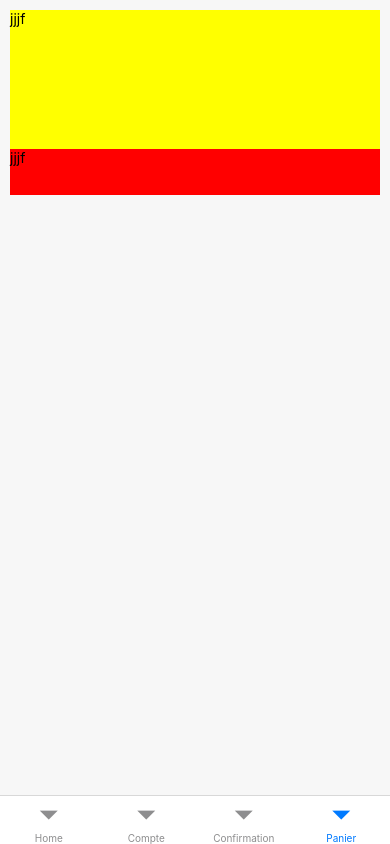
Repository: Norlan-20/Last-Afrilink
Screen: /Panier
The author's editor kept a copy of each file at every save. The screen is drawn from the files as they stood at one save, then again after a run of saves.
The page's requests for data from a server got no answer. The app was drawn by React Native's web renderer in a window 390 px wide. The project was rebuilt for these pictures with package versions that can differ from the ones it lists, and the page was loaded fresh each time. No one was signed in, and anything a server would have sent is missing. Also part of the build but not shown: screen/User.js, component/button.js, screen/Confirmation.js, screen/Connexion.js, screen/Inscription.js, screen/Categorie.js, screen/Produit.js.

Above is the screen before, as saved 2021-09-27 09:32:04.

### App.js
/* eslint-disable prettier/prettier */
import React from 'react';
import {View} from 'react-native';
import { NavigationContainer } from '@react-navigation/native';
import { createNativeStackNavigator } from '@react-navigation/native-stack';
import { createBottomTabNavigator } from '@react-navigation/bottom-tabs';
import HomeScreen from './screen/Home';
import UserScreen from './screen/User';
import ConfirmationScreen from './screen/Confirmation';
import ConnexionScreen from './screen/Connexion';
import InscriptionScreen from './screen/Inscription';
import CategorieScreen from './screen/Categorie';
import ProduitScreen from './screen/Produit';
import CartScreen from './screen/Cart';

const Tab = createBottomTabNavigator();
const Stack = createNativeStackNavigator();

const BottomScreen = () => {
  return (
    <Tab.Navigator screenOptions={{headerShown: false}} >
        <Tab.Screen name="Home" component={HomeScreen}/>
        <Tab.Screen name="Compte" component={UserScreen}/>
        <Tab.Screen name="Confirmation" component={ConnexionScreen}/>
        <Tab.Screen name="Panier" component={CartScreen} />
    </Tab.Navigator>
  );
};

const App = () => {
  return (
    <NavigationContainer>
      <Stack.Navigator>
        <Stack.Screen name="Home" options={{headerShown: false}} component={BottomScreen} />
        <Stack.Screen name="Categorie" component={CategorieScreen} />
        <Stack.Screen name="Inscription" component={InscriptionScreen} />
        <Stack.Screen name="Produit" component={ProduitScreen} />
        {/* <Stack.Screen name="Panier" component={CartScreen} /> */}
      </Stack.Navigator>
    </NavigationContainer>
  );
};

export default App;

### screen/Home.js
/* eslint-disable prettier/prettier */
import React,{useState,useEffect} from 'react';
import {View, Text, StyleSheet, StatusBar, Dimensions, ScrollView} from 'react-native';
import { Header, Icon, Image, SearchBar } from 'react-native-elements';
import Categorie from '../component/categorie';
import Produit from '../component/produit';
import { listOfCategories } from '../API/api';
// import EvilIcons from 'react-native-vector-icons/EvilIcons';

const {width,height} = Dimensions.get('window');
const fond = '#F7F7F7';
const primary = '#2e3190';
const search = '#DDDDDD';

const HomeScreen = props => {

    const [categorie,setCategorie] = useState(null);

    useEffect(()=> {
        listOfCategories().then(res => setCategorie(res));
    },[]);

    const showCategorie = (categorieImage,categorieTitle) => {
        props.navigation.navigate('Categorie',{image: categorieImage, title: categorieTitle});
    };

    const showProduct = (infoProduct) => {
        props.navigation.navigate('Produit',{data: infoProduct});
    };

    return (
        <View style={styles.container}>
            <StatusBar hidden={false}/>
            { console.log(categorie) }
            <Header
                leftComponent={<Icon name="navicon" type="evilicon" size={40} color="#FFF"/>}
                leftContainerStyle={{marginTop: 15}}
                centerComponent={<Image source={require('../assets/logobleu.jpg')} style={{width: 200, height: 50}} />}
                rightComponent={<Icon name="cart" type="evilicon" size={40} color="#FFF"/>}
                rightContainerStyle={{marginTop: 15}}
                backgroundColor={primary}
            />
            <SearchBar
                placeholder="Rechercher"
                round
                lightTheme
                containerStyle={{ width: width,backgroundColor: fond, borderWidth: 0}}
                inputContainerStyle={{ height: 45, backgroundColor: search, borderRadius: 150 }}
                inputStyle={{ height: 45,backgroundColor: search }}
                // searchIcon={<Icon name="user" type="ionicon" />}
                showCancel
                cancelIcon
                onClear
                style={{width: width}}
            />
            <ScrollView>
                <Categorie nom="Catégorie" data={categorie} changeView={showCategorie} />
                <Produit nom="Vedette" changeView={showProduct} />
            </ScrollView>
        </View>
    );
};

const styles = StyleSheet.create({
    container:{
        flex: 1,
        backgroundColor: '#F7F7F7',
    },
});

export default HomeScreen;

### screen/Cart.js
/* eslint-disable prettier/prettier */
import React from 'react'
import { View, Text, ScrollView, Dimensions, StyleSheet, Image, TouchableOpacity } from  'react-native'
import { SwiperFlatList } from 'react-native-swiper-flatlist';

const {width,height} = Dimensions.get('window');
const WIDTH = width - 20 ;
const fond = '#F7F7F7';
const primary = '#2e3190';

const CartScreen = props => {
    return (
        <View style={styles.container}>
            <TouchableOpacity style={styles.cartProductContainer}>
                <View style={styles.productImageContiner}><Text>jjjf</Text></View>
                <View style={styles.productInfoContiner}><Text>jjjf</Text></View>
            </TouchableOpacity>
        </View>
    );
};

const styles = StyleSheet.create({
    container:{
        flex: 1,
        padding: 10,
        backgroundColor: fond,
        alignItems: 'center',
    },
    cartProductContainer: {
        backgroundColor: '#DADADA',
        width: WIDTH,
        height: WIDTH / 2,
    },
    productImageContiner: {
        flex: 3,
        backgroundColor: 'yellow',
    },
    productInfoContiner: {
        flex: 1,
        backgroundColor: 'red',
    },
});

export default CartScreen;

### API/api.js
/* eslint-disable prettier/prettier */
// API list


export const url = 'https://afrilink.herokuapp.com';

// Retrieve list of categorie

export const listOfCategories = () => {
    return fetch(`${url}/category`,{
        method: 'GET',
        headers:{
            Accept:'application/json',
            'Content-type': 'application/json',
        },
    })
    .then((response) => response.json())
    // .then(res => res)
    .catch((error)=> console.log('error'));
};

export const listOfProduct = () => {
    return fetch(`${url}/product`,{
        method: 'GET',
        headers:{
            Accept:'application/json',
            'Content-type': 'application/json',
        },
    })
    .then((response) => response.json())
    // .then(res => res)
    .catch((error)=> console.log('error'));
};

Loaded but not shown: component/categorie.js (library); component/produit.js (library)

After the next 2 saves:
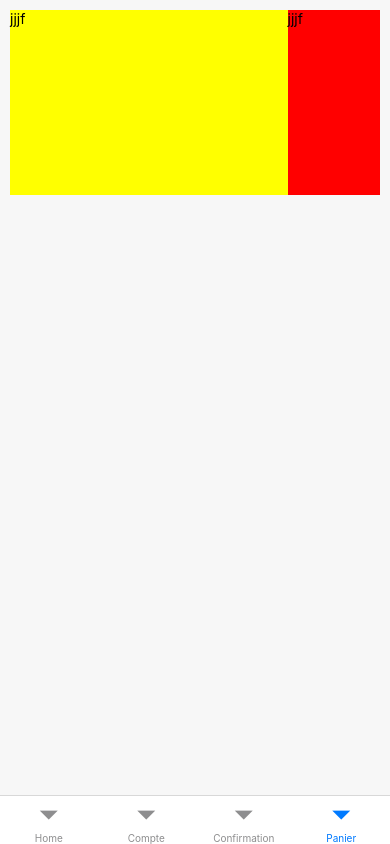
The 2 saves are shown as one change because 1 did not build or start.
The last was saved 22 s later.
--- a/screen/Cart.js
+++ b/screen/Cart.js
@@ -27,6 +27,7 @@
         alignItems: 'center',
     },
     cartProductContainer: {
+        flexDirection: 'row',
         backgroundColor: '#DADADA',
         width: WIDTH,
         height: WIDTH / 2,
